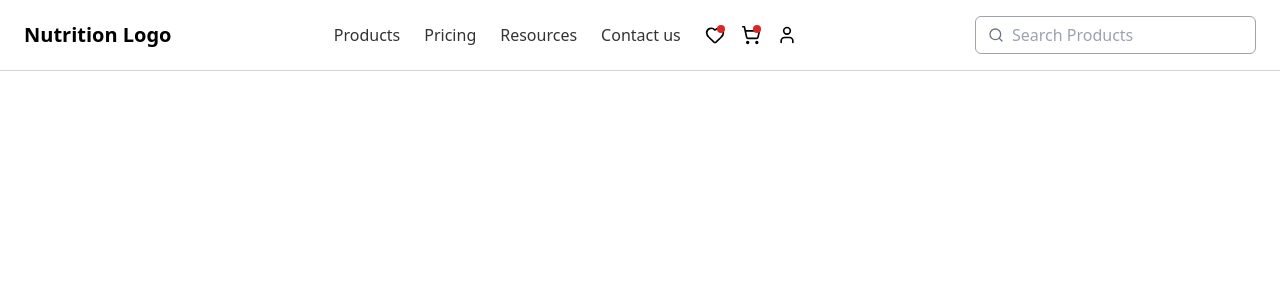
Repository: nikhilchikkam/im-project
Page: / (app in frontend/)
These files come from the project's save history. The page is drawn as it stood at one moment and after the next save; the edit follows.
The browser window is 1280 px wide. The pictures show the whole page.
The project was rebuilt for these pictures with package versions that can differ from the ones it lists, and the page was loaded fresh each time. Also part of the build but not shown: frontend/vite.config.ts.

Above is the page before, as saved 2025-06-10 18:04:17.

After the next save:
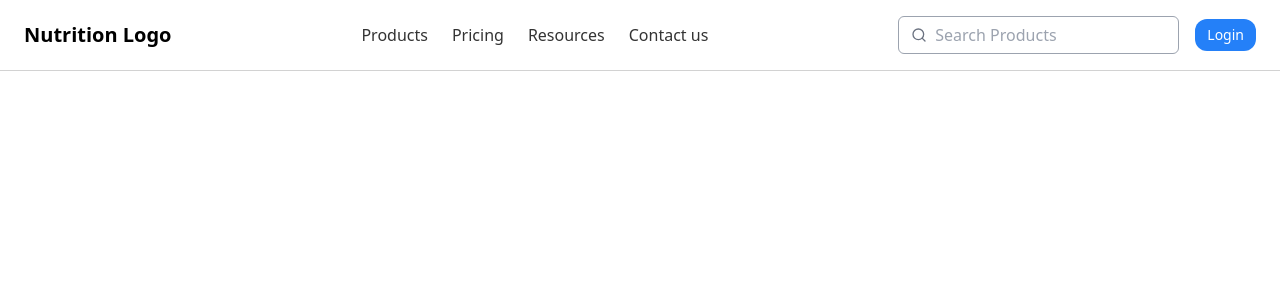
Saved 97 s later.
--- a/frontend/src/App.tsx
+++ b/frontend/src/App.tsx
@@ -5,8 +5,8 @@ function App() {
   return (
     <div className="min-h-screen bg-white text-black">
       {/* Use one at a time to preview */}
-      {/* <NavbarBefore /> */}
-      <NavbarAfter />
+      <NavbarBefore />
+      {/* <NavbarAfter /> */}
     </div>
   );
 }
